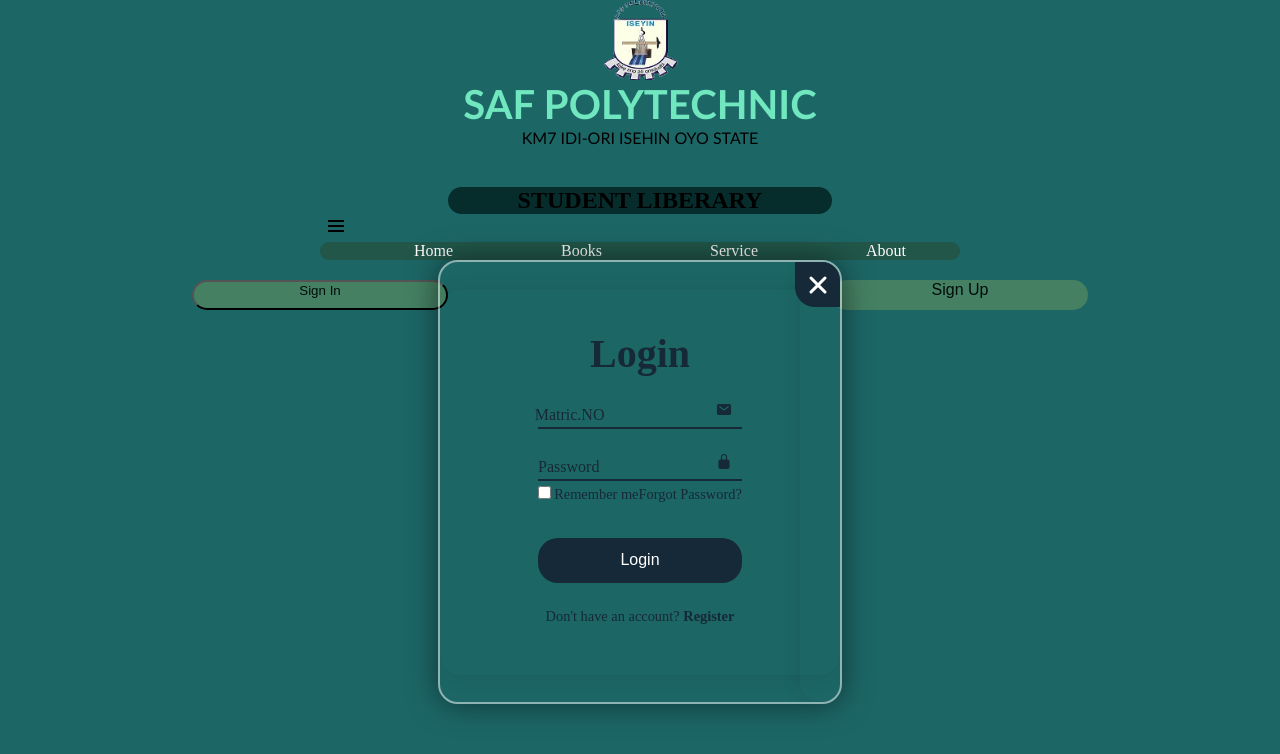
Repository: makinwademila/new-html
Page: index.html
An editor plug-in stored every save of this project. The page is shown before and after the next save, followed by the edit.
The browser window is 1280 px wide. The pictures show the whole page.

Above is the page before, as saved 2025-03-05 13:54:46.
Console error: ReferenceError: e is not defined

### index.html
<!DOCTYPE html>
    <html lang="en">

        <head>

            <title>test web page</title>
            <link href="style.css" rel="stylesheet">
        </head>
        <title>saf porject</title>

        <body>
            <header>
                <div class="names">
                    <img src="logo.png">
                    <div class="name">
                        <h6>
                            SAF POLYTECHNIC
                        </h6>
                    </div>

                    <div class="namer"> KM7 IDI-ORI ISEHIN OYO STATE
                    </div>
                </div>
            </header>

            <nav>
                <div class="title">
                    <h2>
                        STUDENT LIBERARY
                    </h2>
                </div>
            </nav>
            <div class="nav-menu-btn">

                <div class="menu-icon" id="menu-icon">

                    <div class="dropdown">
                        <span class="dropdown-button">
                        <i class="menu-icon"> <svg xmlns="http://www.w3.org/2000/svg" width="24" height="24" viewBox="0 0 24 24"><path d=
                        "M4 6h16v2H4zm0 5h16v2H4zm0 5h16v2H4z"/></svg></i>


                        <div class="dropdown-content">
                            <ul>
                                <li><a href="#">Home</a></li>
                                <li><a href="#">Books</a></li>
                                <li><a href="#">Departments</a></li>
                                <li><a href="#">request</a></li>
                            </ul>
                        </div>
                    </div>


                </div>
                <div class="drop-down-menu" id="drop-down-menu">

                </div>

            </div>
            <div class="nav-menu">
                <ul>
                    <li><a href="#" class="first">Home</a></li>
                    <li><a href="#" class="second">Books</a></li>
                    <li><a href="#" class="third">Service</a></li>
                    <li><a href="#" class="fourth">About</a></li>
                </ul>
            </div>


            <div class="nav-button">
                <button class="btn1" id="loginBtn">Sign In</button>
                <button class="btn" id="RegisterBtn">Sign Up</button>
            </div>

            <div class="wrapper">
                <span class="icon-close"><ion-icon name="close"></ion-icon>
                </span>

                        <div class="form-box login">
                            <h2>Login</h2>
                            <form action="#">
                                <div class="input-box">
                                    <span class="icon"><ion-icon name="mail"></ion-icon></span>
                                    <input type="email" required>
                                    <label>Matric.NO</label>
                                </div>
                                <form action="#">
                                    <div class="input-box">
                                        <span class="icon"><ion-icon name="lock-closed"></ion-icon></span>
                                        <input type="password" required>
                                        <label>Password</label>
                                    </div>
                                    <div class="remember-forgot">
                                        <label><input type="checkbox" required>Remember me</label>
                                        <a href="#">Forgot Password?</a>
                                    </div>
                                    <button type="submit" class="btn" onclick="active" href="home.html">Login</button>
                                    <div class="login-register">
                                        <p>Don't have an account? <a href="#" class="register-link">Register</a></p>
                                    </div>
                                </form>
                        </div>

                        <div class="form-box register">
                            <h2>Registration</h2>
                            <form action="#">
                                <div class="input-box">
                                    <span class="icon"><ion-icon name="person"></ion-icon></span>
                                    <input type="text" required>
                                    <label>Matric.NO</label>
                                </div>
                                <div class="input-box">
                                    <span class="icon"><ion-icon name="mail"></ion-icon></span>
                                    <input type="email" required>
                                    <label>Email</label>
                                </div>
                                <form action="#">
                                    <div class="input-box">
                                        <span class="icon"><ion-icon name="lock-closed"></ion-icon></span>
                                        <input type="password" required>
                                        <label>Password</label>
                                    </div>
                                    <div class="remember-forgot">
                                        <label><input type="checkbox" required>I agree to the terms & condition</label>

                                    </div>
                                    <button type="submit" class="btn">Register</button>
                                    <div class="login-register">
                                        <p>Already have an account? <a href="#" class="login-link">Login</a></p>
                                    </div>
                                </form>
                        </div>
                    </div>

                    <script type="module" src="https://unpkg.com/ionicons@7.1.0/dist/ionicons/ionicons.esm.js"></script>
                    <script nomodule src="https://unpkg.com/ionicons@7.1.0/dist/ionicons/ionicons.js"></script>
                    <script src="script.js"></script>
        </body>


        </html>

### style.css
* {
    margin: auto;
    padding: auto;
}

body {
    margin: 0;
    padding: 0;
    background-color: rgb(29, 102, 102);
    height: auto;
    width: auto;
}

header {
    font-family: 'Gill Sans', 'Gill Sans MT', Calibri, 'Trebuchet MS', sans-serif;
    justify-content: center;
    align-content: center;
}

img {
    height: 80px;
    width: 80px;
    display: block;
    margin: auto;
}

.name h6 {
    font-size: 40px;
    font-weight: bolder;
    color: rgb(112, 231, 191);
    display: flex;
    justify-content: center;
    align-content: center;
}

.title {
    display: flex;
    justify-content: center;
    align-items: center;
    flex-direction: row;
    justify-content: space-between;
    justify-content: space-around;
    color: black;
    background-color: rgb(7, 44, 44);
    border-radius: 60px;
    width: 30%;
    list-style: none;
    margin-top: 40px;
}

.namer {
    display: flex;
    justify-content: center;
}

.nav-button button {
    display: flex;
    background-color: rgb(69, 128, 98);
    color: rgb(1, 12, 12);
    height: 30px;
    width: 20%;
    border-radius: 20px;
}

.icon {
    color: rgb(53, 102, 43);
}

.nav-menu {
    border-top: 40px;
    width: 50%;
    background-color: rgba(34, 83, 67, 0.836);
    border-radius: 70px;
}

.nav-menu ul {
    display: flex;
    flex-direction: row;
    justify-content: space-between;
}

a {
    background-color: transparent;
    color: rgb(255, 252, 252);
    transition: 1s;
    opacity: 5px;
    animation: forwards;
    border-radius: 100px;
    text-decoration: none;
}

a:hover {
    color: rgba(255, 219, 14, 0.801);
}

a:active {
    background-color: rgb(30, 48, 30);
    transition: 1s ease-in-out;
}

.nav-button {
    justify-content: center;
    display: flex;
    justify-content: space-around;
}

li {
    color: transparent;
}

.nav-menu-btn {
    border: none;
    color: #65dee2;
    display: flex;
    overflow: hidden;
}

.nav-menu-btn:hover {
    color: aliceblue;
}

.nav-button {
    border: none;
    justify-content: center;
    display: flex;
    justify-content: space-between;
}

button {
    font-family: Arial, Helvetica, sans-serif;
    justify-content: center;
    margin-top: 20px;
}

.dropdown {
    position: relative;
    display: inline-block;
}

.dropdown-button {
    background-color: transparent;
    color: #fff;
    padding: 10px 20px;
    border: none;
    border-radius: 5px;
    cursor: pointer;
}

.dropdown-button:hover {
    transform: scale(1.1);
    transition: transform 0.3s ease-in-out;
}

.dropdown-content {
    display: none;
    position: absolute;
    background-color: #f9f9f9;
    min-width: 160px;
    box-shadow: 0px 8px 16px 0px rgba(0, 0, 0, 0.2);
    z-index: 1;
}

.dropdown-content ul {
    list-style: none;
    padding: 0;
    margin: 0;
}

.dropdown-content li {
    padding: 10px;
    border-bottom: 1px solid #ccc;
}

.dropdown-content li:last-child {
    border-bottom: none;
}

.dropdown-content a {
    text-decoration: none;
    color: #333;
}

.dropdown-content a:hover {
    background-color: #f1f1f1;
}

.dropdown-button:focus+.dropdown-content {
    display: block;
}

.dropdown-content:hover {
    display: block;
}

.wrapper {
    position: relative;
    top: -50px;
    width: 400px;
    height: 440px;
    background: transparent;
    border: 2px solid rgba(255, 255, 255, 0.5);
    border-radius: 20px;
    backdrop-filter: blur(20px, 20px);
    box-shadow: 0 0 30px rgba(0, 0, 0, 0.5);
    display: flex;
    justify-content: center;
    align-items: center;
    transition: transform .5s ease height .2 ease;
    overflow: hidden;
    transform: scale(1);
    /
}

.header {
    overflow: hidden;
    transform: scale(1);
}

.header.active-popup {
    transform: scale(0);
}

.wrapper.active-popup {
    transform: scale(1);
}

.wrapper.active {
    height: 520px;
}

.wrapper .form-box.login {
    transition: transform .18s ease;
    transform: translateX(0);
}

.wrapper.active .form-box.login {
    transition: none;
    transform: translateX(-400px);
}

.wrapper .form-box.register {
    position: absolute;
    transition: none;
    transform: translate(400px);
}

.wrapper.active .form-box.register {
    transition: transform .18s ease;
    transform: translateX(0);
}

.wrapper .form-box {
    width: 100%;
    max-width: 400px;
    padding: 40px;
    border-radius: 20px;
    box-shadow: 0 0 20px rgba(0, 0, 0, 0.1);
    display: flex;
    flex-direction: column;
    justify-content: center;
    align-items: center;
}

.wrapper .icon-close {
    position: absolute;
    top: 0;
    right: 0;
    width: 45px;
    height: 45px;
    background: #162938;
    font-size: 2em;
    color: #fff;
    display: flex;
    justify-content: center;
    align-items: center;
    border-bottom-left-radius: 20px;
    cursor: pointer;
    z-index: 1;
}

.form-box h2 {
    font-size: 2.5em;
    color: #162938;
    text-align: center;
}

.input-box {
    position: relative;
    width: 100%;
    height: 30px;
    border-bottom: 2px solid #162938;
    margin: 20px 0;
}

.input-box label {
    position: absolute;
    top: 30%;
    left: 12%;
    transform: translate(-40%);
    font-size: 1em;
    color: #162938;
    font-weight: 500;
    pointer-events: none;
    transition: 0.5s;
    animation-duration: 2s;
}

.input-box input:focus~label,
.input-box input:valid~label {
    top: -15px;
    color: #162938;
    font-weight: 700;
}

.input-box input {
    position: absolute;
    width: 100%;
    height: 100%;
    border: none;
    background: transparent;
    outline: none;
    font-size: 1em;
    color: #162938;
    font-weight: 600;
}

.input-box .icon {
    position: absolute;
    top: 50%;
    right: 10px;
    transform: translateY(-50%);
    font-size: 1em;
    color: #162938;
    line-height: 57px;
}

.remember-forgot {
    font-size: .9em;
    color: #162938;
    font-weight: 500;
    margin: -15px 0 15px;
    display: flex;
    justify-content: space-between;
}

.remember-forgot label input {
    accent-color: #162938;
    margin-right: 3px;
}

.remember-forgot a {
    color: #162938;
    text-decoration: none;
}

.remember-forgot a:hover {
    text-decoration: underline;
}

.btn {
    width: 100%;
    height: 45px;
    background: #162938;
    border: none;
    outline: none;
    border-radius: 20px;
    cursor: pointer;
    font-size: 1em;
    color: #fff;
    font-weight: 500;
}

.btn:hover {
    background: #111726;
}

.login-register {
    font-size: 0.9em;
    color: #162938;
    text-align: center;
    font-weight: 500;
    margin: 25px 0 10px;
}

.login-register p a {
    color: #162938;
    text-decoration: none;
    font-weight: 600;
}

.login-register p a:hover {
    text-decoration: underline;
}

### script.js
const dropdownButton = document.querySelector('.dropdown-button');
const dropdownContent = document.querySelector('.dropdown-content');
const wrapper = document.querySelector('.wrapper');
const loginlink = document.querySelector('.login-link');
const registerlink = document.querySelector('.register-link');
const btnPopup = document.querySelector('.btnLogin-popup');
const iconClose = document.querySelector('.icon-close');


dropdownButton.addEventListener('click', () => {
    dropdownContent.classList.toggle('show');
});

window.addEventListener('click', (e) => {});
if (!e.target.classList.contains('dropdown-button') && !e.target.classList.contains('dropdown-content')) {
    dropdownContent.classList.remove('show');
}


registerlink.addEventListener('click', () => {
    wrapper.classList.add('active');
});

loginlink.addEventListener('click', () => {
    wrapper.classList.remove('active');
});

btnPopup.addEventListener('click', () => {
    wrapper.classList.toggle('active-popup');
});

iconClose.addEventListener('click', () => {
    wrapper.classList.remove('active-popup');
});

After the next save:
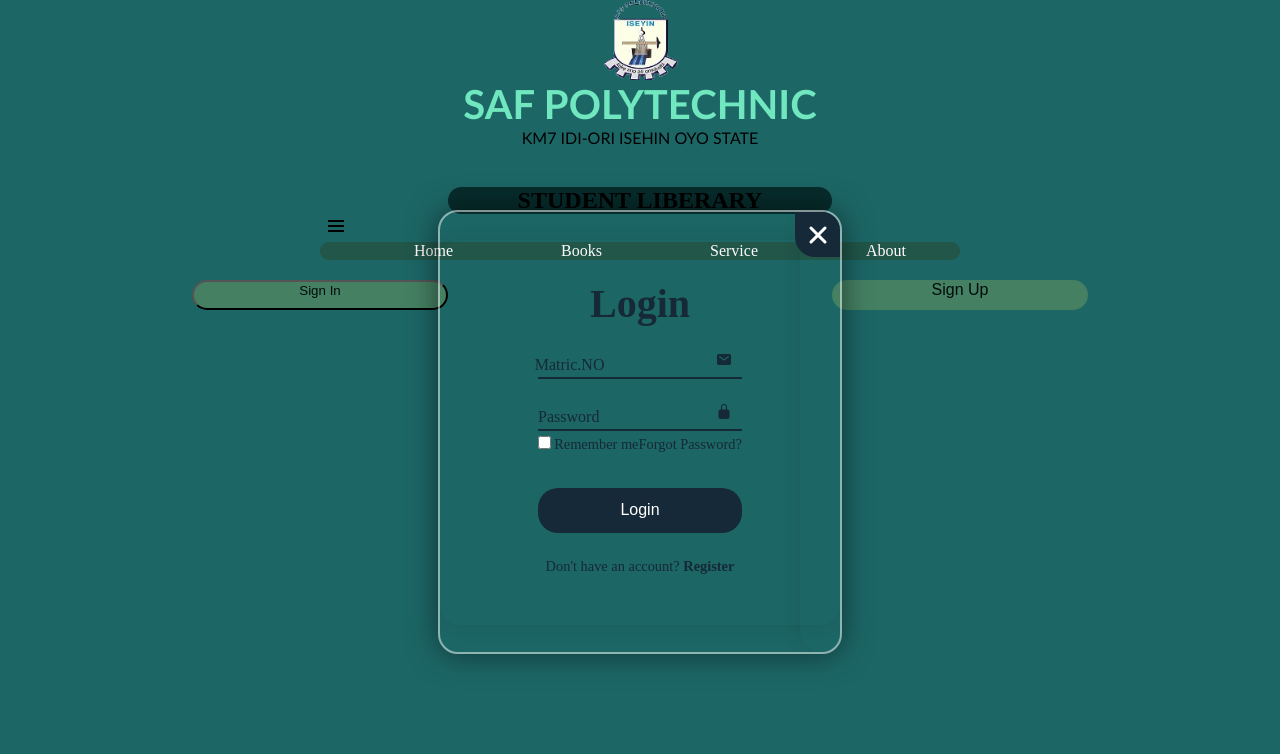
Saved 11 s later.
--- a/style.css
+++ b/style.css
@@ -194,7 +194,7 @@
 
 .wrapper {
     position: relative;
-    top: -50px;
+    top: -100px;
     width: 400px;
     height: 440px;
     background: transparent;
